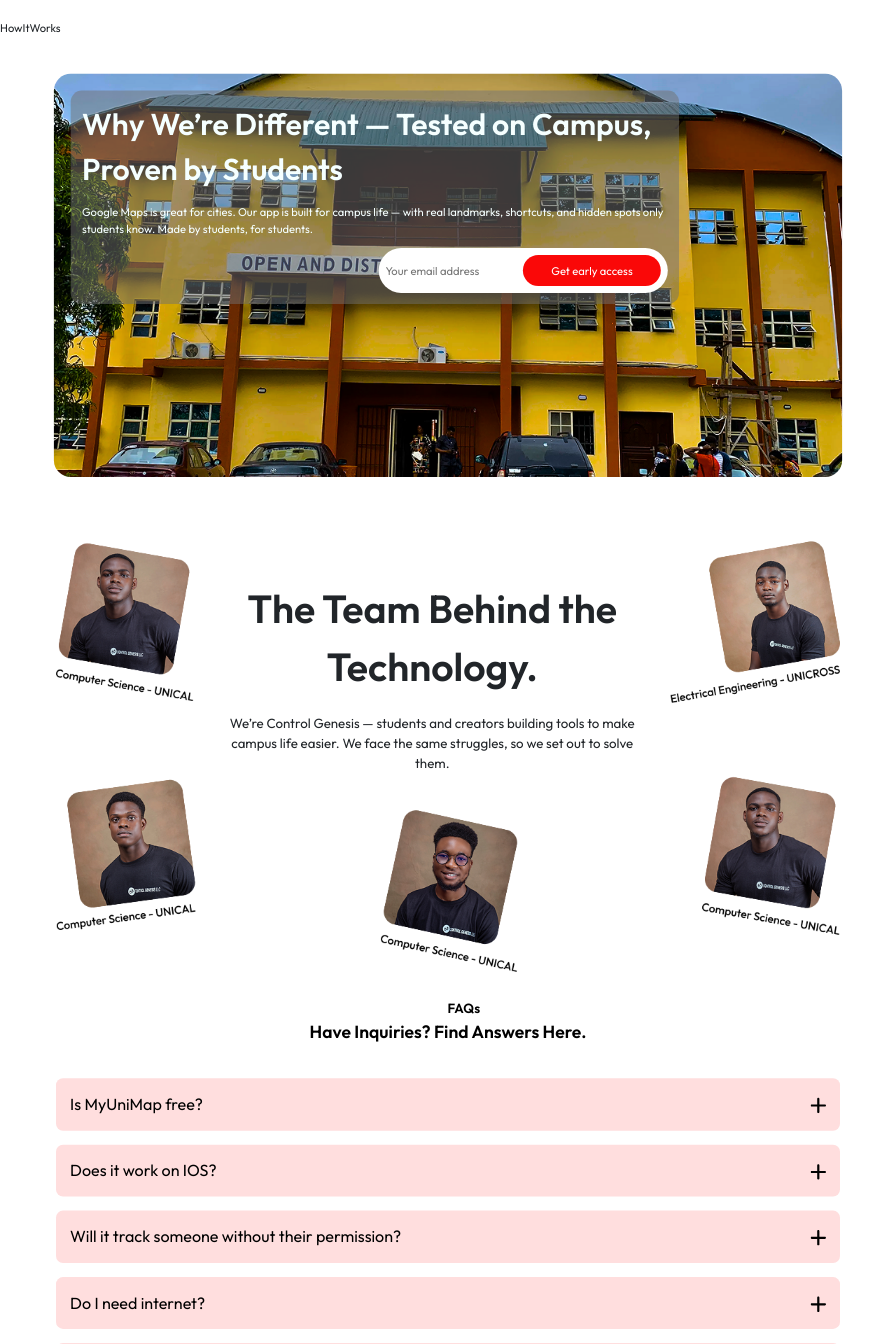
Repository: SahMenz/MUM-website
Page: /
These files come from the project's save history. The page is drawn as it stood at one moment and after the next save; the edit follows.
The browser window is 1280 px wide. The pictures show the part of the page from y = 4049 to 5969 px (the page is 6658 px tall), at 70% of full size.
The project was rebuilt for these pictures with package versions that can differ from the ones it lists, and the page was loaded fresh each time. Also part of the build but not shown: vite.config.js.

Above is the page before, as saved 2025-09-01 14:19:55.

After the next save:
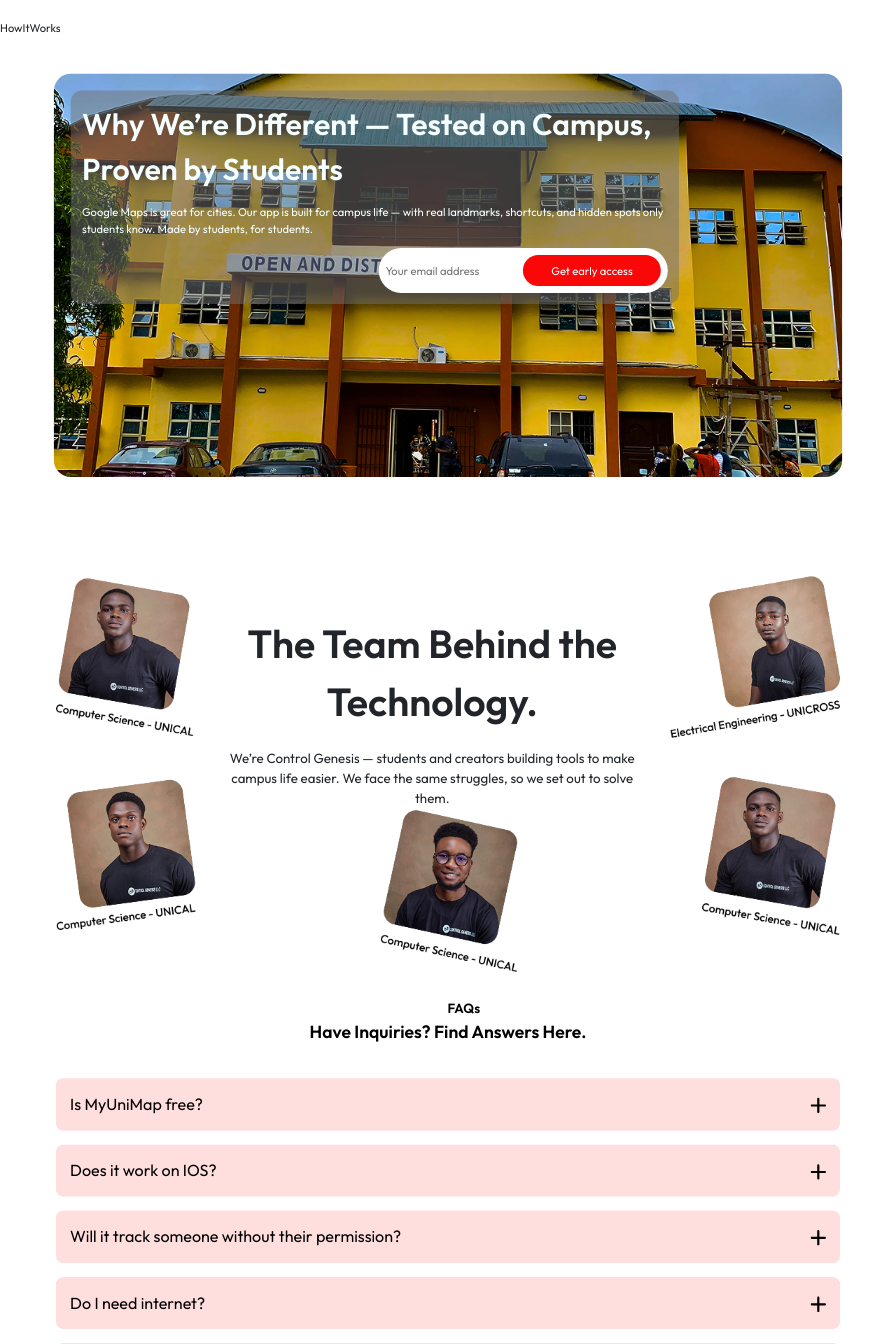
Saved 25 s later.
--- a/src/components/team/team.jsx
+++ b/src/components/team/team.jsx
@@ -49,7 +49,7 @@
         </div>
       </div>
       <div className="mt-5">
-        <div className="d-flex align-items-center gap-5 justify-content-center flex-column flex-lg-row justify-content-lg-between">
+        <div className="d-flex align-items-center gap-5 justify-content-center flex-column flex-lg-row justify-content-lg-between" style={{top:"50px", position:"relative"}}>
           <img src={img1} />
           <div className="text-center " style={{maxWidth:"661px", minWidth:"300px", top:"50px", position:"relative" }}>
             <div className="fs-56 fw-600 mt-5">The Team Behind the Technology.</div>{" "}

After the save that followed:
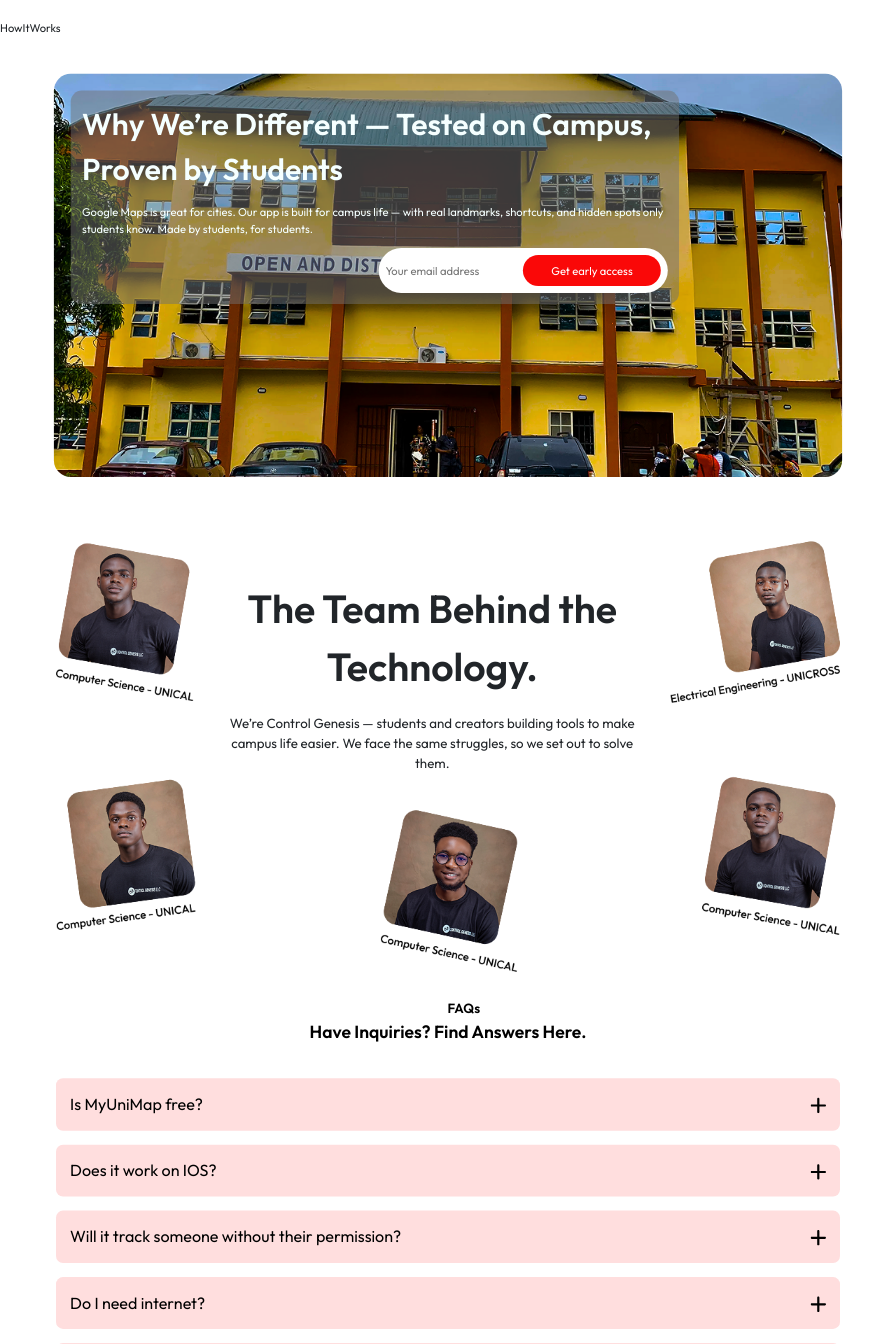
Saved 19 s later.
--- a/src/components/team/team.jsx
+++ b/src/components/team/team.jsx
@@ -49,7 +49,7 @@
         </div>
       </div>
       <div className="mt-5">
-        <div className="d-flex align-items-center gap-5 justify-content-center flex-column flex-lg-row justify-content-lg-between" style={{top:"50px", position:"relative"}}>
+        <div className="d-flex align-items-center gap-5 justify-content-center flex-column flex-lg-row justify-content-lg-between" >
           <img src={img1} />
           <div className="text-center " style={{maxWidth:"661px", minWidth:"300px", top:"50px", position:"relative" }}>
             <div className="fs-56 fw-600 mt-5">The Team Behind the Technology.</div>{" "}
